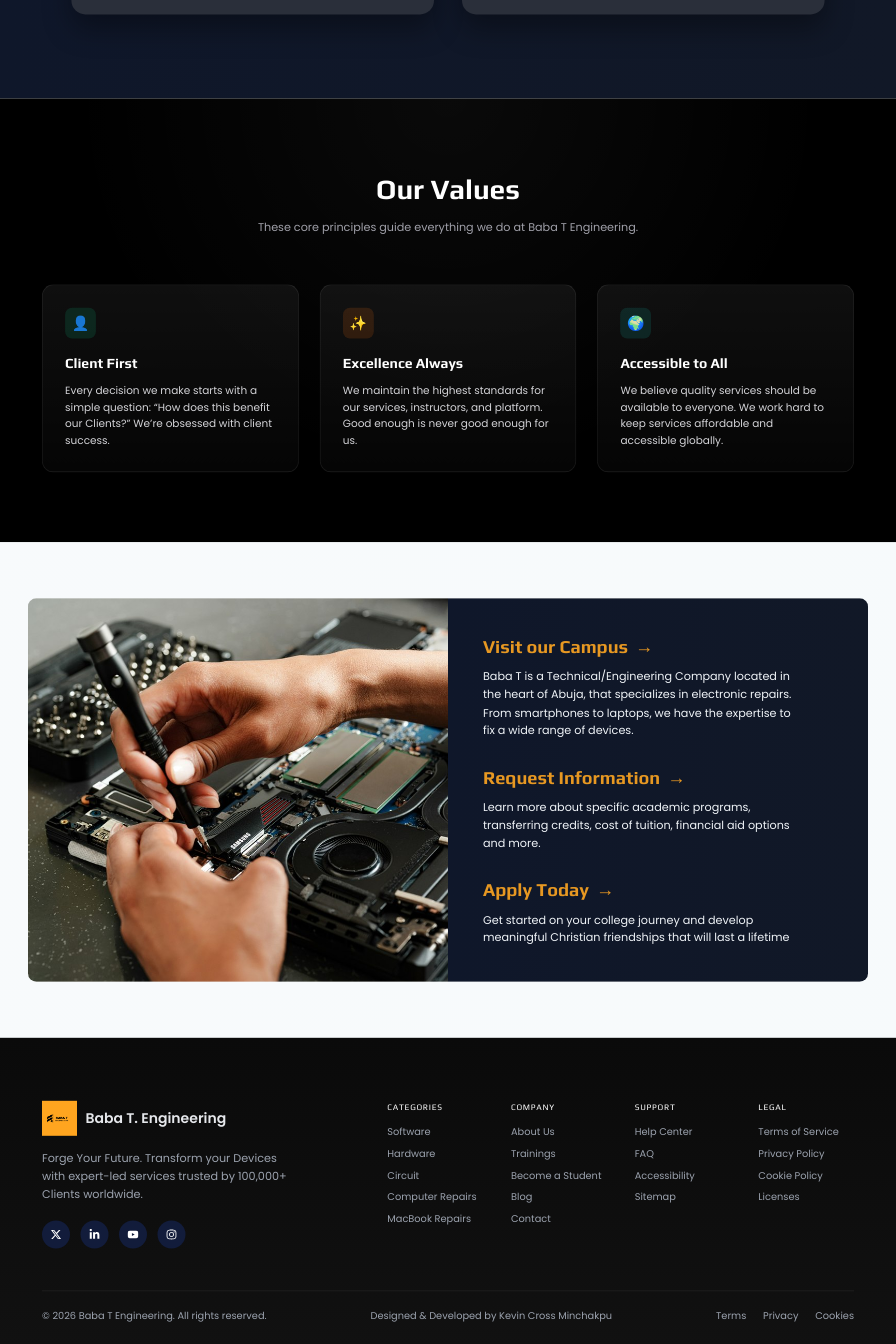
Repository: KC-Minchakpu/babatunde
Page: /about
An editor plug-in stored every save of this project. The page is shown before and after the next save, followed by the edit.
The browser window is 1280 px wide. The pictures show the part of the page from y = 1682 to 3602 px (the page is 3602 px tall before and 3576 px after), at 70% of full size.
The project was rebuilt for these pictures with package versions that can differ from the ones it lists, and the page was loaded fresh each time. The framework's server and built-in components were replaced by stand-ins that run in the browser. Also part of the build but not shown: next.config.ts.

Above is the page before, as saved 2026-02-21 11:10:00.

### src/app/layout.tsx
import type { Metadata } from "next";
import { Play, Poppins } from "next/font/google";
import "./globals.css";
import Header from "@/components/Header/Header";
import Footer from "@/components/Footer/Footer";

const play = Play({
  variable: "--font-play",
  subsets: ["latin"],
  weight: ["400", "700"],
});

const poppins = Poppins({
  variable: "--font-poppins",
  subsets: ["latin"],
  weight: ["400", "500", "600", "700"],
});

export const metadata: Metadata = {
  title: "Baba T Engineering",
  description: "Official web app of Baba T Engineering, a leading engineering company specializing in innovative solutions and cutting-edge technology.",
};

export default function RootLayout({
  children,
}: Readonly<{
  children: React.ReactNode;
}>) {
  return (
    <html lang="en">
      <body
        className={`${play.variable} ${poppins.variable} antialiased`}
      >
        <Header />
        {children}
        <Footer />
      </body>
    </html>
  );
}

### src/app/about/page.tsx
import AboutSection from "@/components/About/AboutSection";
import AboutHero from "@/components/About/AboutHero";
import Values from "@/components/Values/Values";
import MissionVision from "@/components/About/MissionVision";
import CallToAction from "@/components/About/CallToAction";


export default function OurTeamPage() {
  return (
    <>
      <AboutHero />
      <AboutSection />
      <MissionVision />
      <Values />
      <CallToAction />
    </>
  )}

### src/app/globals.css
@import "tailwindcss";

:root {
  --background: #f2fafa;
  --foreground: #1f1e1e;
}

body {
  background: var(--background);
  color: var(--foreground);
  font-family: var(--font-poppins);
}

h1, h2, h3, h4, h5, h6 {
  font-family: var(--font-play);
}

h1 {
  color: red;
  font-size: 35px;
}

### src/components/About/AboutSection.tsx
// components/AboutSection.tsx
import Image from "next/image";
import styles from "./AboutSection.module.css";

const AboutSection = () => {
  return (
    <section className={styles.section}>
      <div className={styles.container}>
        {/* LEFT CONTENT */}
        <div className={styles.content}>
          <span className={styles.kicker}>ABOUT BABA T. ENGINEERING</span>

          <h2 className={styles.heading}>
            Engineering Excellence Built on Precision & Integrity
          </h2>

          <div className={styles.divider}></div>

          <p>
            Founded with a commitment to technical accuracy and professional
            integrity, Baba T. Engineering delivers innovative engineering
            solutions tailored to modern infrastructure and industrial needs.
            What began as a focused engineering practice has grown into a
            trusted technical partner for clients across multiple sectors.
          </p>

          <p>
            Our approach is rooted in precision design, rigorous analysis,
            and uncompromising quality standards. We collaborate closely with
            clients to provide solutions that are efficient, sustainable,
            and structurally sound.
          </p>

          <p>
            Today, our multidisciplinary team continues to push engineering
            boundaries—leveraging advanced tools, modern methodologies,
            and practical field expertise to deliver measurable results.
          </p>
        </div>

        {/* RIGHT IMAGE */}
        <div className={styles.imageWrapper}>
          <Image
            src="/images/circuit.jpg"
            alt="Circuit Board"
            fill
            className={styles.image}
            priority
          />

          <div className={styles.badge}>
            <span className={styles.badgeNumber}>15+</span>
            <span className={styles.badgeText}>Years of Engineering Expertise</span>
          </div>
        </div>
      </div>
    </section>
  );
};

export default AboutSection;

### src/components/About/AboutHero.tsx
// components/AboutHero.tsx
import styles from "./AboutHero.module.css";

const AboutHero = () => {
  return (
    <section className={styles.hero}>
          {/* Dark Overlay */}
      <div className={styles.overlay}></div>

      {/* Content */}
      <div className={styles.content}>
        <span className={styles.kicker}>ABOUT US</span>

        <h1 className={styles.heading}>
          Engineering Excellence <br /> Since 2008
        </h1>

        <p className={styles.description}>
          For over a decade, Baba T. Engineering has been delivering
          innovative, reliable, and precision-driven engineering solutions
          built on integrity, performance, and measurable results.
        </p>
      </div>
    </section>
  );
};

export default AboutHero;

### src/components/Values/Values.tsx
import styles from "./Values.module.css";

export default function Values() {
  return (
    <section className={styles.values}>
      <div className={styles.container}>
        {/* Header */}
        <div className={styles.header}>
          <h2>Our Values</h2>
          <p>These core principles guide everything we do at Baba T Engineering.</p>
        </div>

        {/* Cards */}
        <div className={styles.grid}>
          <div className={styles.card}>
            <div className={`${styles.icon} ${styles.iconGreen}`}>
              👤
            </div>
            <h3>Client First</h3>
            <p>
              Every decision we make starts with a simple question: “How does
              this benefit our Clients?” We’re obsessed with client success.
            </p>
          </div>

          <div className={styles.card}>
            <div className={`${styles.icon} ${styles.iconOrange}`}>
              ✨
            </div>
            <h3>Excellence Always</h3>
            <p>
              We maintain the highest standards for our services, instructors,
              and platform. Good enough is never good enough for us.
            </p>
          </div>

          <div className={styles.card}>
            <div className={`${styles.icon} ${styles.iconTeal}`}>
              🌍
            </div>
            <h3>Accessible to All</h3>
            <p>
              We believe quality services should be available to everyone. We
              work hard to keep services affordable and accessible globally.
            </p>
          </div>
        </div>
      </div>
    </section>
  );
}

### src/components/About/MissionVision.tsx
// components/MissionVision.tsx
import styles from "./MissionVision.module.css";

const MissionVision = () => {
  return (
    <section className={styles.section}>
      <div className={styles.container}>
        {/* Mission Card */}
        <div className={styles.card}>
          <span className={styles.kicker}>OUR MISSION</span>
          <h3 className={styles.text}>
            To deliver innovative, reliable, and precision-driven engineering
            solutions that power infrastructure and industrial growth.
          </h3>
        </div>

        {/* Vision Card */}
        <div className={styles.card}>
          <span className={styles.kicker}>OUR VISION</span>
          <h3 className={styles.text}>
            To be a leading engineering partner recognized for excellence,
            technical integrity, and transformative impact across industries.
          </h3>
        </div>
      </div>
    </section>
  );
};

export default MissionVision;

### src/components/About/CallToAction.tsx
import Image from "next/image";
import styles from "./CallToAction.module.css";

export default function CallToAction() {
  return (
    <section className={styles.ctaSection}>
      <div className={styles.container}>

        {/* LEFT IMAGE */}
        <div className={styles.imageWrapper}>
          <Image
            src="/images/repairs.jpg"
            alt="Repairing a Laptop"
            fill
            className={styles.image}
            priority
          />
        </div>


        {/* RIGHT CONTENT */}
        <div className={styles.content}>

          <div className={styles.item}>
            <h3>
              Visit our Campus
              <span className={styles.arrow}>→</span>
            </h3>

            <p>
              Baba T is a Technical/Engineering Company located
              in the heart of Abuja, that specializes in electronic repairs. From smartphones
              to laptops, we have the expertise to fix a wide range of devices.
            </p>
          </div>


          <div className={styles.item}>
            <h3>
              Request Information
              <span className={styles.arrow}>→</span>
            </h3>

            <p>
              Learn more about specific academic programs, transferring credits,
              cost of tuition, financial aid options and more.
            </p>
          </div>


          <div className={styles.item}>
            <h3>
              Apply Today
              <span className={styles.arrow}>→</span>
            </h3>

            <p>
              Get started on your college journey and develop meaningful
              Christian friendships that will last a lifetime
            </p>
          </div>


        </div>
      </div>
    </section>
  );
}

### src/components/Header/Header.module.css
.header {
  width: 100%;
  height: 100px;
  background: #0F1A20;
  padding: 20px;
  position: sticky;
  top: 0;
  z-index: 1000;
}

.container {
  width: 90%;
  margin: 0 auto;
  display: flex;
  align-items: center;
  justify-content: space-between;
}

/* Logo */
.logo {
  display: flex;
  align-items: center;
  gap: 8px;
  cursor: pointer;
}

.logoCircle {
  width: 40px;
  height: 40px;
  border-radius: 50%;
  background: linear-gradient(135deg, #8e2de2, #4a00e0);
  display: flex;
  align-items: center;
  justify-content: center;
  color: white;
  font-weight: bold;
}

.logoText {
  font-size: 25px;
  font-weight: 600;
  color: #ffffff;
  font-family: "Poppins", sans-serif;
}

/* Nav */
.nav {
  display: flex;
  align-items: center;
  gap: 24px;
  font-family: 'Play', sans-serif;

}

.nav a,
.dropdownToggle {
  color: #ffffff;
  text-decoration: none;
  font-size: 19px;
  cursor: pointer;
  position: relative;
  transition: color 0.3s ease;
}

.nav a:hover,
.dropdownToggle:hover {
  color: #FFD23F;
}

/* Dropdown */
.dropdown {
  position: relative;
}

.dropdownMenu {
  position: absolute;
  width: 250px;
  top: 35px;
  left: 0;
  background: #0F1A20;
  border-radius: 8px;
  padding: 10px 0;
  min-width: 180px;
  box-shadow: 0 10px 25px rgba(0, 0, 0, 0.15);
  display: flex;
  flex-direction: column;
}

.dropdownMenu a {
  padding: 10px 16px;
  color: #ffffff;
  font-size: 19px;
  text-decoration: none;
  transition: background 0.2s ease;
}

.dropdownMenu a:hover {
  color: #FFD23F;
}

/* Buttons */
.actions {
  display: flex;
  gap: 12px;
}

.signIn {
  padding: 8px 18px;
  border-radius: 8px;
  border: none;
  cursor: pointer;
  color: white;
  background: #143458;
  font-size: 14px;
}

.signUp {
  padding: 8px 18px;
  border-radius: 8px;
  border: none;
  cursor: pointer;
  color: white;
  background: #63054b;
  font-size: 14px;
}

/* Responsive */
@media (max-width: 1024px) {
  .nav {
    display: none;
  }
}

.active {
  color: #f1b32b;
  font-weight: 600;
  position: relative;
}

.active::after {
  content: "";
  position: absolute;
  left: 0;
  bottom: -6px;
  width: 100%;
  height: 2px;
  background-color: #e9c03a;
}

### src/components/Footer/Footer.module.css
.footer {
  background: linear-gradient(
    180deg,
    #0a0a0a,
    #111111
  );
  color: #e5e7eb;
  padding: 90px 0 30px;
}

.container {
  max-width: 1200px;
  margin: 0 auto;
  padding: 0 20px;
}

/* TOP SECTION */
.topSection {
  display: flex;
  justify-content: space-between;
  gap: 60px;
}

/* BRAND */
.brand {
  flex: 1.3;
}

.logo {
  display: flex;
  align-items: center;
  gap: 12px;
  font-weight: 600;
  font-size: 20px;
  margin-bottom: 20px;
}

.logoBox {
  width: 34px;
  height: 34px;
  border-radius: 10px;
  background: linear-gradient(135deg, #14b8a6, #f97316);
}

.brand p {
  color: #9ca3af;
  line-height: 1.6;
  margin-bottom: 24px;
  max-width: 350px;
}

/* =========================
   SOCIAL ICONS
========================= */
.socials {
  display: flex;
  gap: 15px;
  margin-top: 20px;
}

.socials a {
  width: 40px;
  height: 40px;
  background: #121c3b;
  border-radius: 50%;
  display: flex;
  align-items: center;
  justify-content: center;
  color: #ffffff;
  font-size: 16px;
  transition: all 0.3s ease;
}

.socials a:hover {
  background: #f8af28;
  transform: translateY(-4px);
}


/* LINKS GRID */
.linksGrid {
  flex: 2;
  display: grid;
  grid-template-columns: repeat(4, 1fr);
  gap: 40px;
}

.linksGrid h4 {
  font-size: 12px;
  letter-spacing: 1px;
  margin-bottom: 16px;
  color: #ffffff;
}

.linksGrid a {
  display: block;
  font-size: 14px;
  color: #9ca3af;
  margin-bottom: 10px;
  cursor: pointer;
  transition: color 0.3s ease;
}

.linksGrid a:hover {
  color: #ffffff;
}

/* DIVIDER */
.divider {
  height: 1px;
  background: rgba(255, 255, 255, 0.08);
  margin: 60px 0 25px;
}

/* BOTTOM BAR */
.bottomBar {
  display: flex;
  justify-content: space-between;
  align-items: center;
  font-size: 14px;
  color: #9ca3af;
}

.bottomLinks {
  display: flex;
  gap: 24px;
}

.bottomLinks a {
  cursor: pointer;
  transition: color 0.3s ease;
}

.bottomLinks a:hover {
  color: white;
}

/* RESPONSIVE */
@media (max-width: 1024px) {
  .topSection {
    flex-direction: column;
    gap: 50px;
  }

  .linksGrid {
    grid-template-columns: repeat(2, 1fr);
  }

  .bottomBar {
    flex-direction: column;
    gap: 15px;
    text-align: center;
  }
}

@media (max-width: 600px) {
  .linksGrid {
    grid-template-columns: 1fr;
  }
}

### src/components/About/AboutSection.module.css
.section {
  padding: 110px 0;
   background: linear-gradient(
      to right,
      rgba(248, 250, 252, 0.95),
      rgba(248, 250, 252, 0.8)
    ),
}

.container {
  width: 90%;
  max-width: 1200px;
  margin: 0 auto;

  display: grid;
  grid-template-columns: 1.1fr 1fr;
  gap: 70px;
  align-items: center;
}

/* LEFT CONTENT */

.content {
  color: #1e293b; /* slate tone */
}

.kicker {
  font-size: 1rem;
  letter-spacing: 2px;
  font-weight: 700;
  color: #5a5957;
  text-transform: uppercase;
  margin-bottom: 14px;
  display: inline-block;
}

.heading {
  font-size: 2.6rem;
  font-weight: 800;
  line-height: 1.25;
  margin-bottom: 18px;
}

.divider {
  width: 70px;
  height: 4px;
  background-color: #0f172a; /* deep engineering blue */
  margin-bottom: 28px;
}

.content p {
  font-size: 1rem;
  line-height: 1.8;
  margin-bottom: 20px;
  color: #475569;
}

/* RIGHT IMAGE */

.imageWrapper {
  position: relative;
  width: 100%;
  height: 520px;
  border-radius: 14px; /* sharper than law version */
  overflow: hidden;
  box-shadow: 0 25px 45px rgba(15, 23, 42, 0.15);
}

.image {
  object-fit: cover;
}

/* BADGE – redesigned as technical stat block */

.badge {
  position: absolute;
  bottom: 28px;
  right: 30px;

  background-color: #0f172a;
  color: white;

  padding: 26px 32px;
  border-radius: 10px;

  display: flex;
  flex-direction: column;
  align-items: center;

  border-left: 6px solid #f59e0b;
  box-shadow: 0 18px 35px rgba(0, 0, 0, 0.25);
}

.badgeNumber {
  font-size: 2rem;
  font-weight: 800;
  line-height: 1;
}

.badgeText {
  font-size: 0.85rem;
  margin-top: 6px;
  text-align: center;
  letter-spacing: 0.5px;
}

/* RESPONSIVE */

@media (max-width: 992px) {
  .container {
    grid-template-columns: 1fr;
    gap: 60px;
  }

  .imageWrapper {
    height: 420px;
  }
}

@media (max-width: 600px) {
  .section {
    padding: 80px 0;
  }

  .heading {
    font-size: 2rem;
  }

  .imageWrapper {
    height: 320px;
  }

  .badge {
    right: 20px;
    padding: 18px 22px;
  }

  .badgeNumber {
    font-size: 1.6rem;
  }
}

### src/components/About/AboutHero.module.css
.hero {
  position: relative;
  height: 320px;
  display: flex;
  align-items: center;
  padding: 0 8%;
  overflow: hidden;
  color: white;
}

/* Dark blue engineering overlay */
.overlay {
  position: absolute;
  inset: 0;
  background: #242a38;
  z-index: 1;
}

/* Content */
.content {
  position: relative;
  z-index: 2;
  max-width: 750px;
}

.kicker {
  font-size: 0.85rem;
  font-weight: 700;
  letter-spacing: 2px;
  color: #f59e0b; /* engineering amber */
  text-transform: uppercase;
  margin-bottom: 18px;
  display: inline-block;
}

.heading {
  font-size: 3rem;
  font-weight: 800;
  line-height: 1.15;
  margin-bottom: 24px;
  color: #e2e8f0;
}

.description {
  font-size: 1rem;
  line-height: 1.8;
  color: #e2e8f0;
  max-width: 600px;
}

/* Responsive */

@media (max-width: 992px) {
  .hero {
    height: 480px;
    padding: 0 6%;
  }

  .heading {
    font-size: 2.6rem;
  }
}

@media (max-width: 600px) {
  .hero {
    height: 420px;
    padding: 0 5%;
  }

  .heading {
    font-size: 2rem;
  }

  .description {
    font-size: 1rem;
  }
}

### src/components/Values/Values.module.css
.values {
  background: radial-gradient(
      circle at top,
      rgba(255, 255, 255, 0.04),
      transparent 60%
    ),
    #000;
  padding: 100px 0;
  color: #fff;
}

.container {
  max-width: 1200px;
  margin: 0 auto;
  padding: 0 20px;
}

.header {
  text-align: center;
  margin-bottom: 70px;
}

.header h2 {
  font-size: 40px;
  font-weight: 700;
  margin-bottom: 12px;
}

.header p {
  font-size: 16px;
  color: #a1a1aa;
}

/* GRID */
.grid {
  display: grid;
  grid-template-columns: repeat(3, 1fr);
  gap: 30px;
}

/* CARD */
.card {
  background: linear-gradient(
    180deg,
    rgba(255, 255, 255, 0.06),
    rgba(255, 255, 255, 0.02)
  );
  border: 1px solid rgba(255, 255, 255, 0.08);
  border-radius: 16px;
  padding: 32px;
  transition: transform 0.3s ease, box-shadow 0.3s ease;
}

.card:hover {
  transform: translateY(-6px);
  box-shadow: 0 20px 40px rgba(0, 0, 0, 0.6);
}

.card h3 {
  font-size: 20px;
  font-weight: 600;
  margin-bottom: 12px;
}

.card p {
  font-size: 15px;
  line-height: 1.6;
  color: #d4d4d8;
}

/* ICON */
.icon {
  width: 44px;
  height: 44px;
  border-radius: 10px;
  display: flex;
  align-items: center;
  justify-content: center;
  font-size: 20px;
  margin-bottom: 20px;
}

.iconGreen {
  background: rgba(16, 185, 129, 0.15);
  color: #10b981;
}

.iconOrange {
  background: rgba(249, 115, 22, 0.15);
  color: #f97316;
}

.iconTeal {
  background: rgba(20, 184, 166, 0.15);
  color: #14b8a6;
}

/* RESPONSIVE */
@media (max-width: 1024px) {
  .grid {
    grid-template-columns: 1fr;
  }

  .card {
    text-align: left;
  }
}

@media (max-width: 600px) {
  .header h2 {
    font-size: 32px;
  }
}

### src/components/About/MissionVision.module.css
.section {
  background: linear-gradient(to right, #0f172a, #111827);
  padding: 120px 8%;
}

.container {
  max-width: 1200px;
  margin: 0 auto;

  display: grid;
  grid-template-columns: repeat(2, 1fr);
  gap: 40px;
}

.card {
  background-color: #2a2f3a;
  padding: 50px 45px;
  border-radius: 20px;

  box-shadow: 0 20px 40px rgba(0, 0, 0, 0.35);
  transition: transform 0.3s ease, box-shadow 0.3s ease;
}

.card:hover {
  transform: translateY(-6px);
  box-shadow: 0 25px 50px rgba(0, 0, 0, 0.45);
}

.kicker {
  font-size: 0.85rem;
  font-weight: 700;
  letter-spacing: 2px;
  color: #f59e0b; /* engineering amber */
  text-transform: uppercase;
  margin-bottom: 20px;
  display: inline-block;
}

.text {
  font-size: 1.8rem;
  font-weight: 700;
  line-height: 1.4;
  color: #f1f5f9;
}

/* Responsive */

@media (max-width: 992px) {
  .container {
    grid-template-columns: 1fr;
  }

  .card {
    padding: 40px 35px;
  }

  .text {
    font-size: 1.5rem;
  }
}

@media (max-width: 600px) {
  .section {
    padding: 90px 6%;
  }

  .text {
    font-size: 1.3rem;
  }
}

### src/components/About/CallToAction.module.css
.ctaSection {
   background: linear-gradient(
      to right,
      rgba(248, 250, 252, 0.95),
      rgba(248, 250, 252, 0.8)
    );
  padding: 80px 0;
}

.container {
  width: 1200px;
  margin: auto;
  display: grid;
  grid-template-columns: 1fr 1fr;
  background: #eee;
  border-radius: 12px;
  overflow: hidden;
}


/* IMAGE */

.imageWrapper {
  position: relative;
  min-height: 420px;
}


.image {
  object-fit: cover;
}

/* CONTENT */

.content {
  background: linear-gradient(to right, #0f172a, #111827);
  padding: 50px;
  display: flex;
  flex-direction: column;
  justify-content: center;
  gap: 35px;
}

.item h3 {
  font-size: 26px;
  font-weight: bold;
  color: #e79822;
  margin-bottom: 10px;
  cursor: pointer;
}

.item p {
  font-size: 16px;
  color: #f1f5f9;
  line-height: 1.6;
  max-width: 450px;
}



.arrow {
  margin-left: 10px;
  font-weight: bold;
}

/* Hover effect */

.item h3:hover {
  text-decoration: underline;
}

/* Responsive */

@media (max-width: 1200px) {

  .container {
    width: 95%;
  }

}


@media (max-width: 900px) {

  .container {
    grid-template-columns: 1fr;
  }


  .imageWrapper {
    height: 300px;
  }


  .content {
    padding: 30px;
  }

}

Loaded but not shown: src/components/Header/Header.tsx (131 lines, source omitted); src/components/Footer/Footer.tsx (105 lines, source omitted)

After the next save:
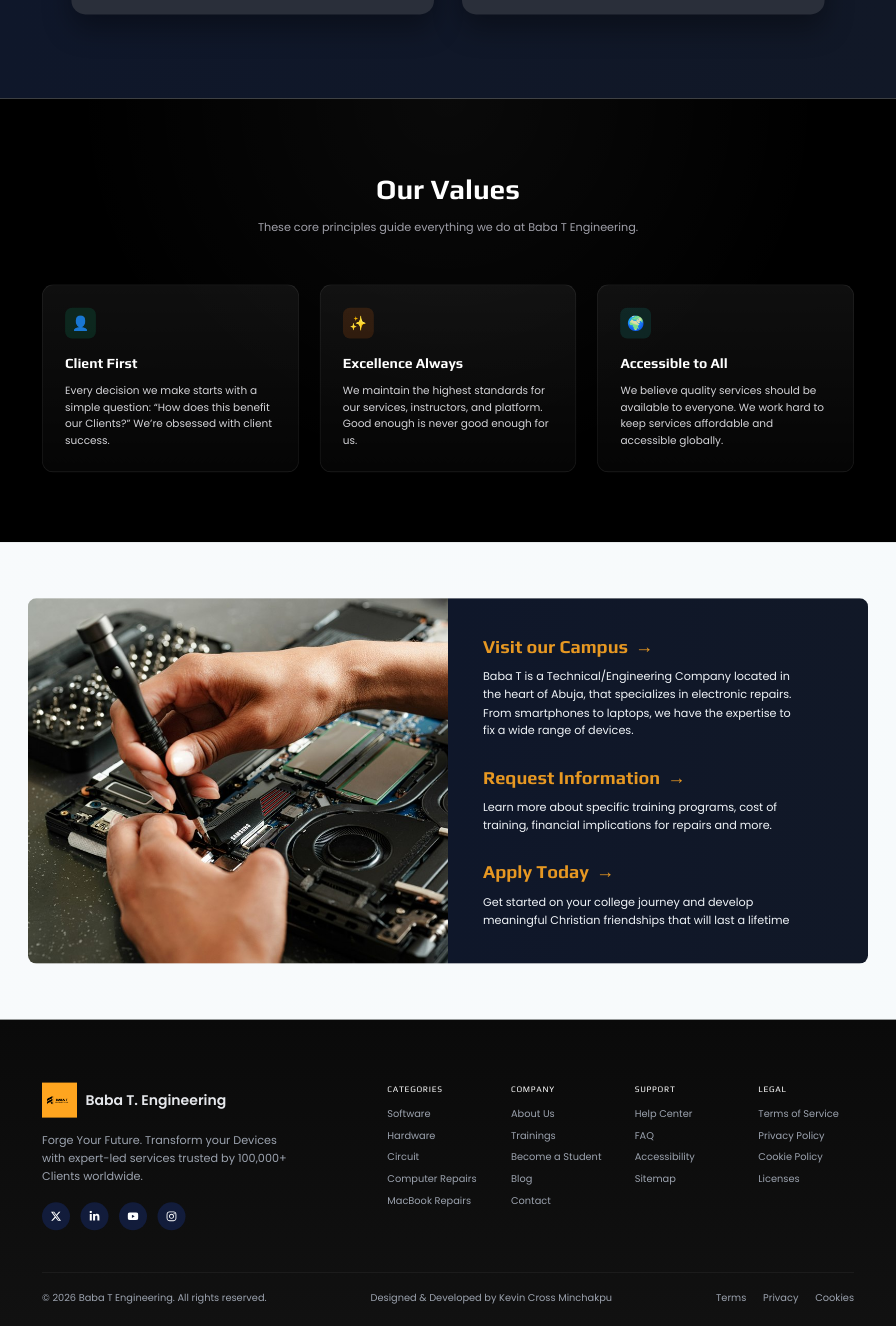
Saved 70 s later.
--- a/src/components/About/CallToAction.tsx
+++ b/src/components/About/CallToAction.tsx
@@ -42,8 +42,8 @@ export default function CallToAction() {
             </h3>
 
             <p>
-              Learn more about specific academic programs, transferring credits,
-              cost of tuition, financial aid options and more.
+              Learn more about specific training programs,
+              cost of training, financial implications for repairs and more.
             </p>
           </div>
 
